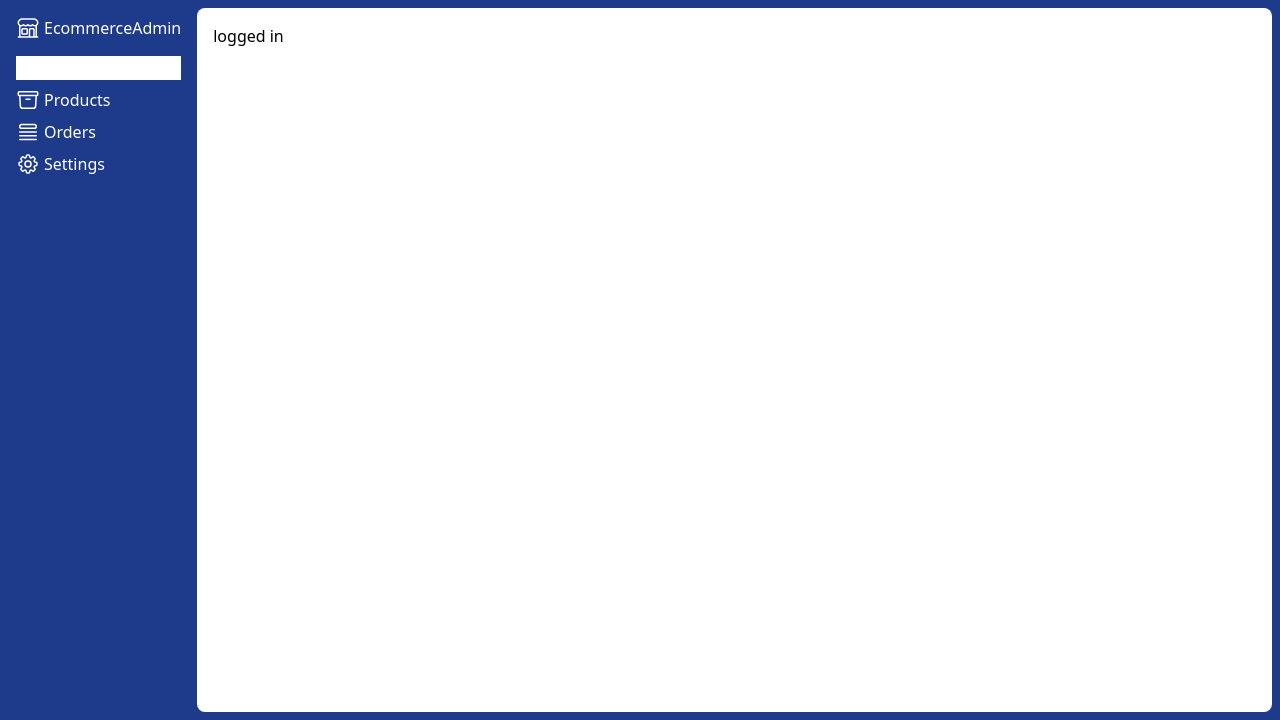
Repository: xoshiraghavx/CRUDS
Page: /
An editor plug-in stored every save of this project. The page is shown before and after a run of saves, followed by the edit.
The browser window is 1280 px wide. The pictures show the whole page.
The page's requests for data from a server got no answer. The project was rebuilt for these pictures with package versions that can differ from the ones it lists, and the page was loaded fresh each time. The framework's server and built-in components were replaced by stand-ins that run in the browser. No one was signed in, and anything a server would have sent is missing. Also part of the build but not shown: next.config.mjs.

Above is the page before, as saved 2024-02-22 19:45:54.

After the next 3 saves:
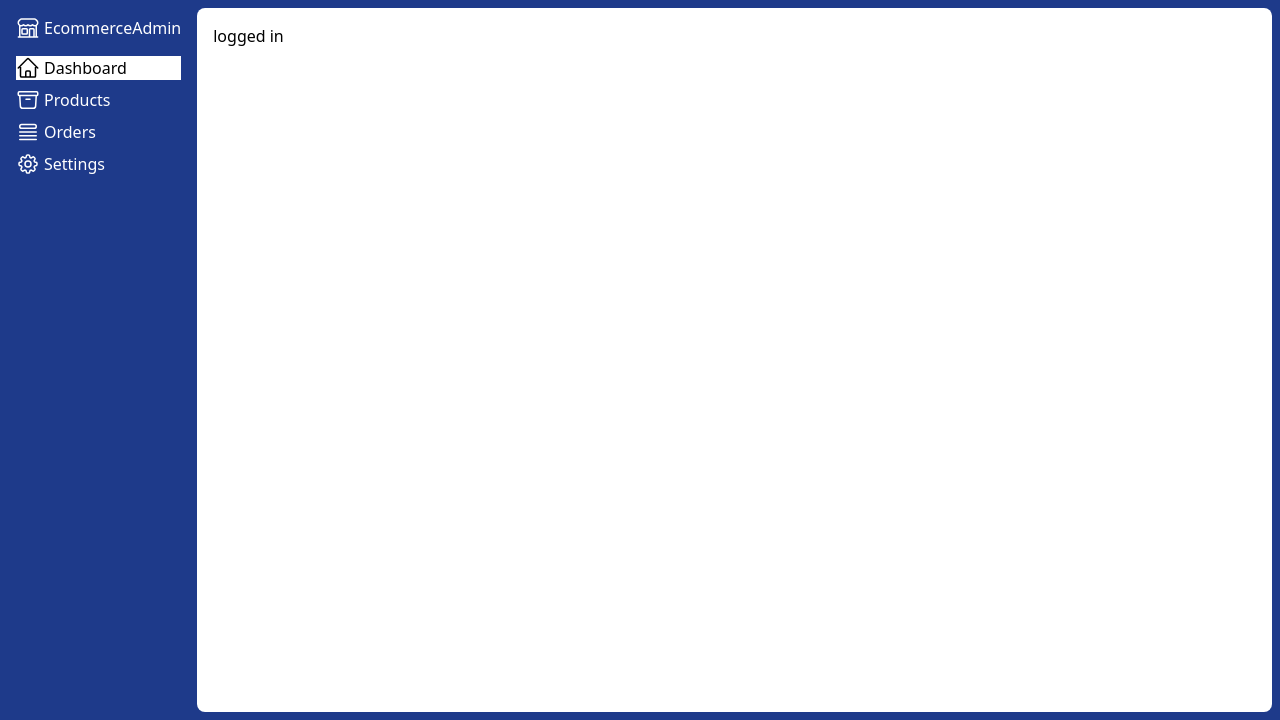
The 3 saves are shown as one change because 1 did not build or start and some came seconds apart.
The last was saved 14 s later.
--- a/components/Nav.js
+++ b/components/Nav.js
@@ -3,7 +3,7 @@ import React from 'react'
 
 const Nav = () => {
     const inactiveLink = 'flex gap-1';
-    const activeLink = inactiveLink + 'text-black bg-white';
+    const activeLink = inactiveLink +' text-black bg-white';
   return (
     <aside className='text-white p-4'>
         <Link href={'/'} className='flex gap-1 mb-4'>
